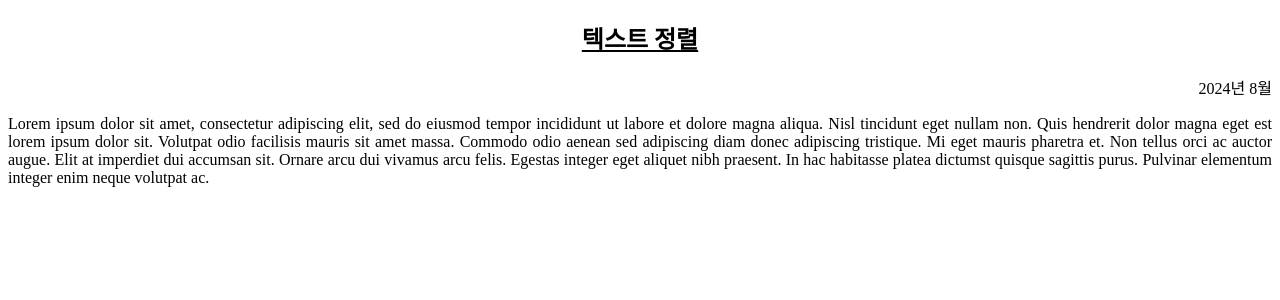
Repository: yeosong-SMU/Java-Fulls-tack
Page: html/src/main/webapp/ch02/align.html
These files come from the project's save history. The page is drawn as it stood at one moment and after the next save; the edit follows.
The browser window is 1280 px wide. The pictures show the whole page.

Above is the page before, as saved 2025-04-02 00:54:26.

### html/src/main/webapp/ch02/align.html
<!DOCTYPE html>
<html>
<head>
<meta charset="UTF-8">
<title>Insert title here</title>
<style>
h2 {
	text-align: center;
	text-decoration: underline;
}

p.date {
	text-align: right;
}

p.main {
	text-align: justify;
}
</style>
</head>
<body>
<h2>텍스트 정렬</h2>
<p class="date">2024년 8월</p>
<p class="main">Lorem ipsum dolor sit amet, consectetur adipiscing elit, sed do eiusmod tempor incididunt ut labore et dolore magna aliqua. Nisl tincidunt eget nullam non. Quis hendrerit dolor magna eget est lorem ipsum dolor sit. Volutpat odio facilisis mauris sit amet massa. Commodo odio aenean sed adipiscing diam donec adipiscing tristique. Mi eget mauris pharetra et. Non tellus orci ac auctor augue. Elit at imperdiet dui accumsan sit. Ornare arcu dui vivamus arcu felis. Egestas integer eget aliquet nibh praesent. In hac habitasse platea dictumst quisque sagittis purus. Pulvinar elementum integer enim neque volutpat ac.</p>
</body>
</html>

After the next save:
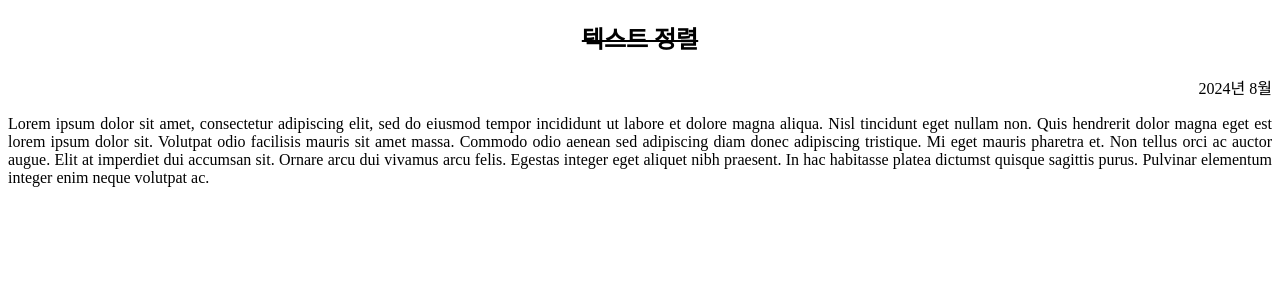
Saved 3 min 28 s later.
--- a/html/src/main/webapp/ch02/align.html
+++ b/html/src/main/webapp/ch02/align.html
@@ -6,7 +6,7 @@
 <style>
 h2 {
 	text-align: center;
-	text-decoration: underline;
+	text-decoration: line-through;
 }
 
 p.date {
